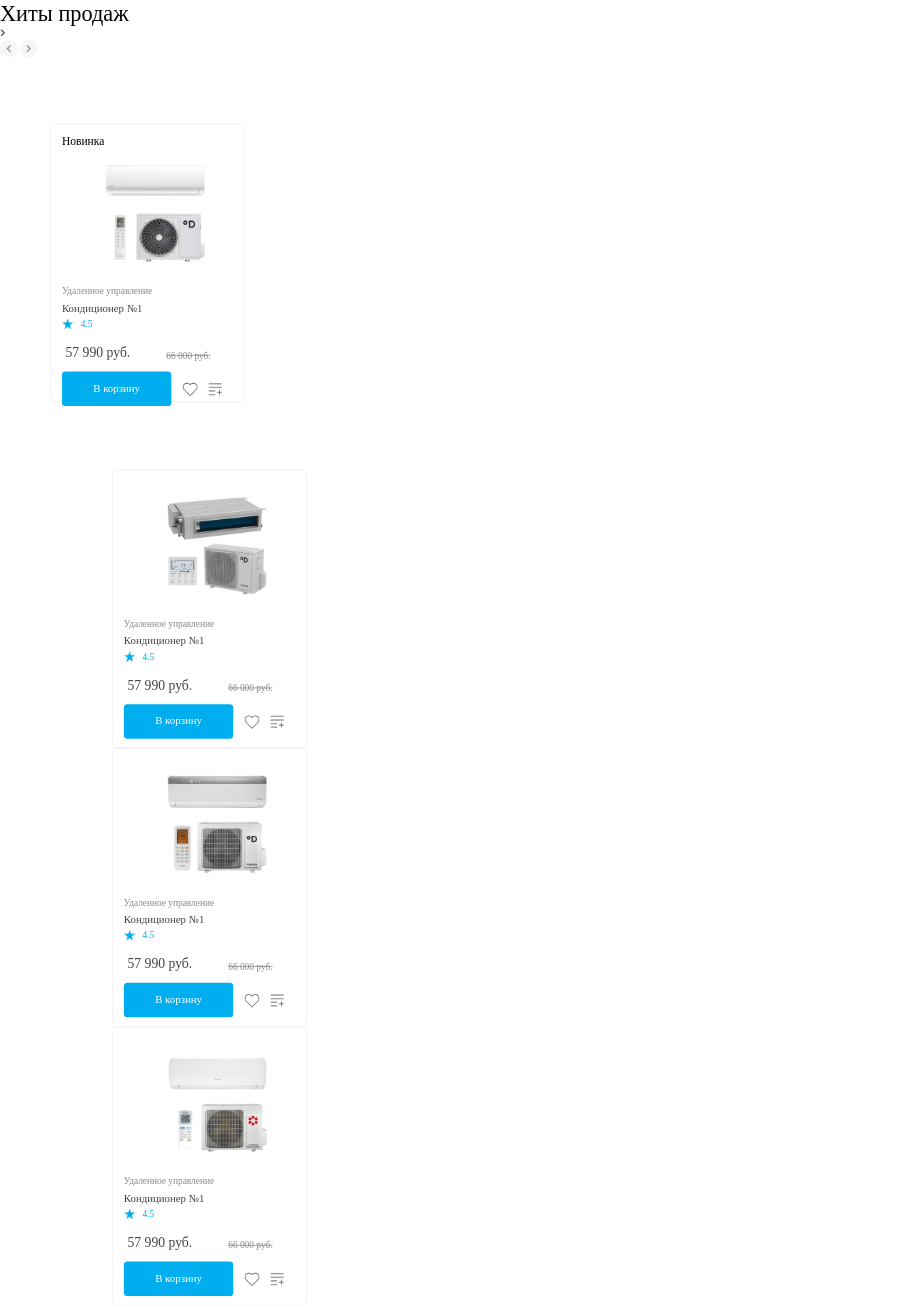
Repository: NikaMana/us
Page: index.html
The author's editor kept a copy of each file at every save. The page is drawn from the files as they stood at one save, then again after the next save.
The browser window is 1280 px wide. The pictures show the whole page, at 72% of full size.

Above is the page before, as saved 2021-09-15 16:16:22.

After the next save:
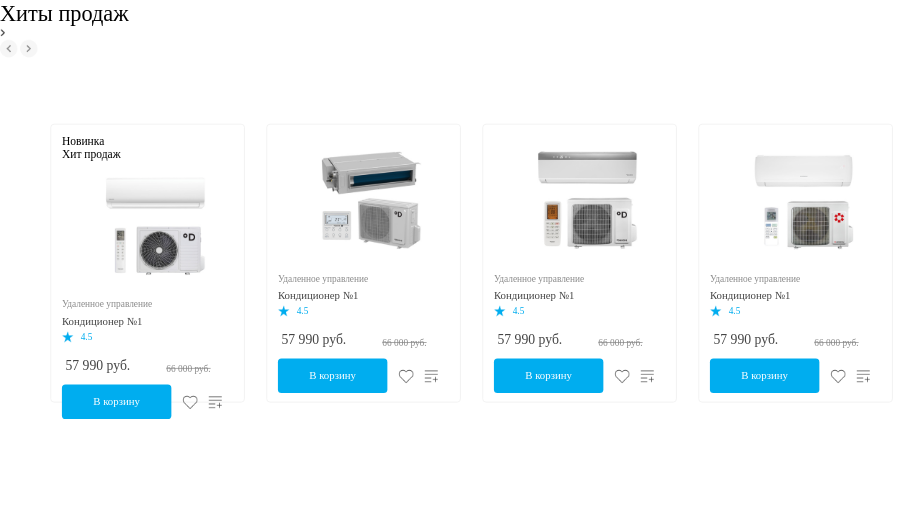
Saved 24 s later.
--- a/index.html
+++ b/index.html
@@ -25,7 +25,7 @@
         <div class="welcome__block">
           <div class="welcome__news">
             <div class="welcome__new">Новинка</div>
-            <div class="welcome__"
+            <div class="welcome__sale">Хит продаж</div>
           </div>
           <img class="welcome__pic" src="/img/pic1.png" alt="condition">
           <h4 class="welcome__control">Удаленное управление</h4>
